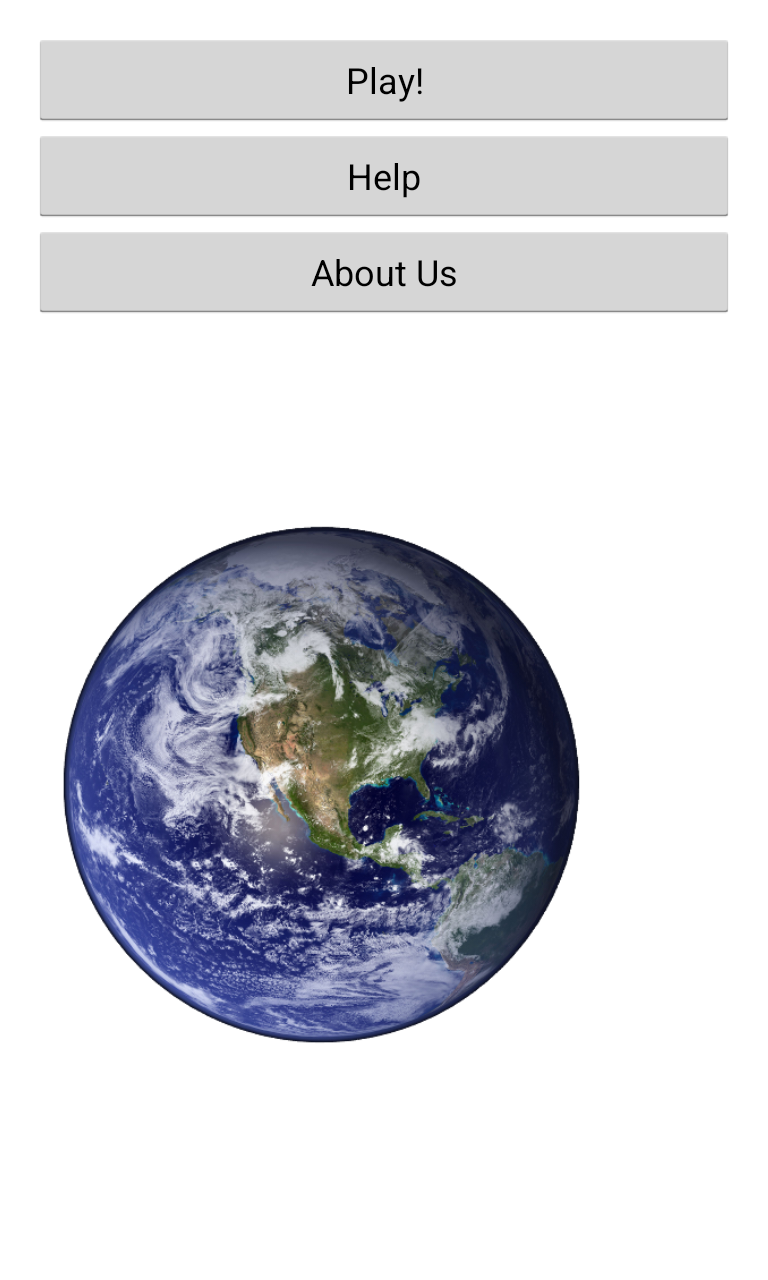
Repository: AGNT/Mobile_application_SU13
Layout: android/Locate/res/layout/activity_menu.xml
These files come from the project's save history. The layout is drawn as it stood at one moment and after the next save; the edit follows.
It is drawn on a 768 x 1280 px phone screen (xhdpi) without system bars, with theme AppTheme; the app's code is not run.

Above is the layout before, as saved 2013-08-05 16:14:42.

After the next save:
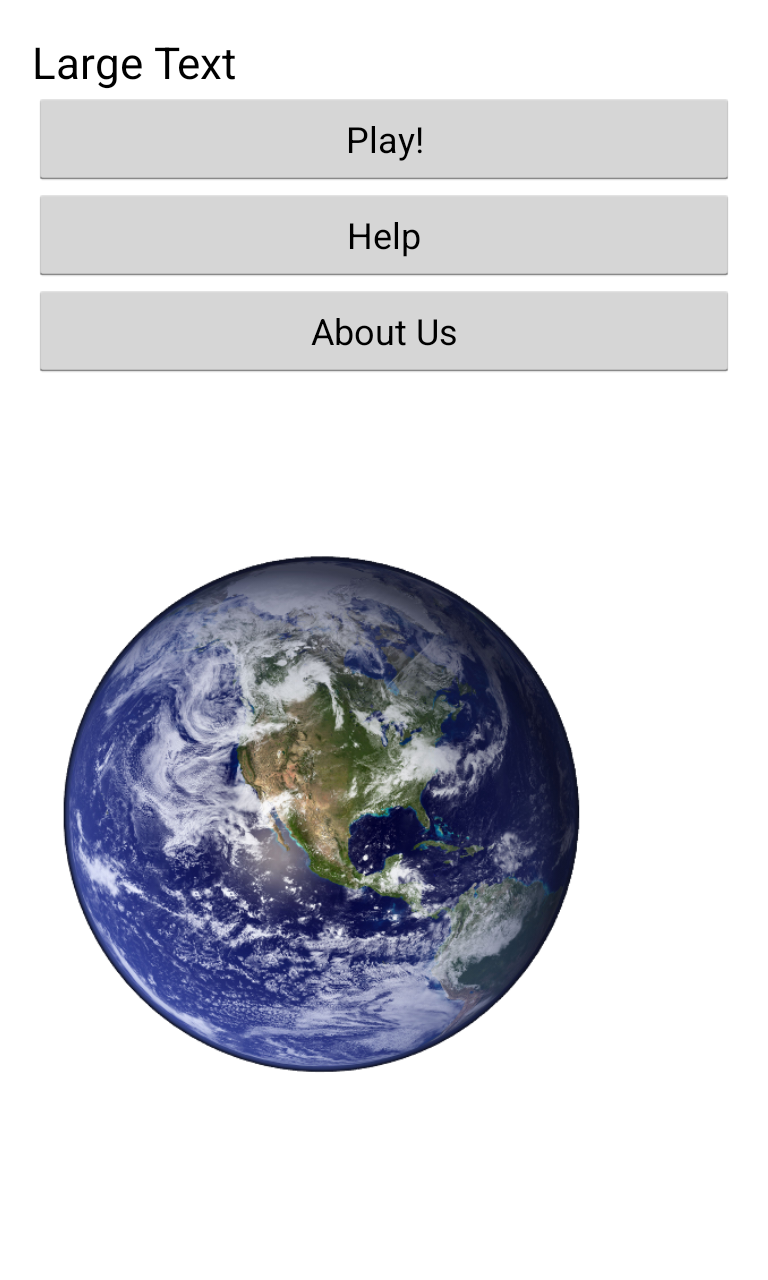
Saved 87 s later.
--- a/android/Locate/res/layout/activity_menu.xml
+++ b/android/Locate/res/layout/activity_menu.xml
@@ -11,7 +11,14 @@
 
     <Space
         android:layout_width="match_parent"
-        android:layout_height="wrap_content" />
+        android:layout_height="30dpi" />
+
+    <TextView
+        android:id="@+id/textView1"
+        android:layout_width="match_parent"
+        android:layout_height="wrap_content"
+        android:text="Large Text"
+        android:textAppearance="?android:attr/textAppearanceLarge" />
 
     <Button
         android:id="@+id/button1"
